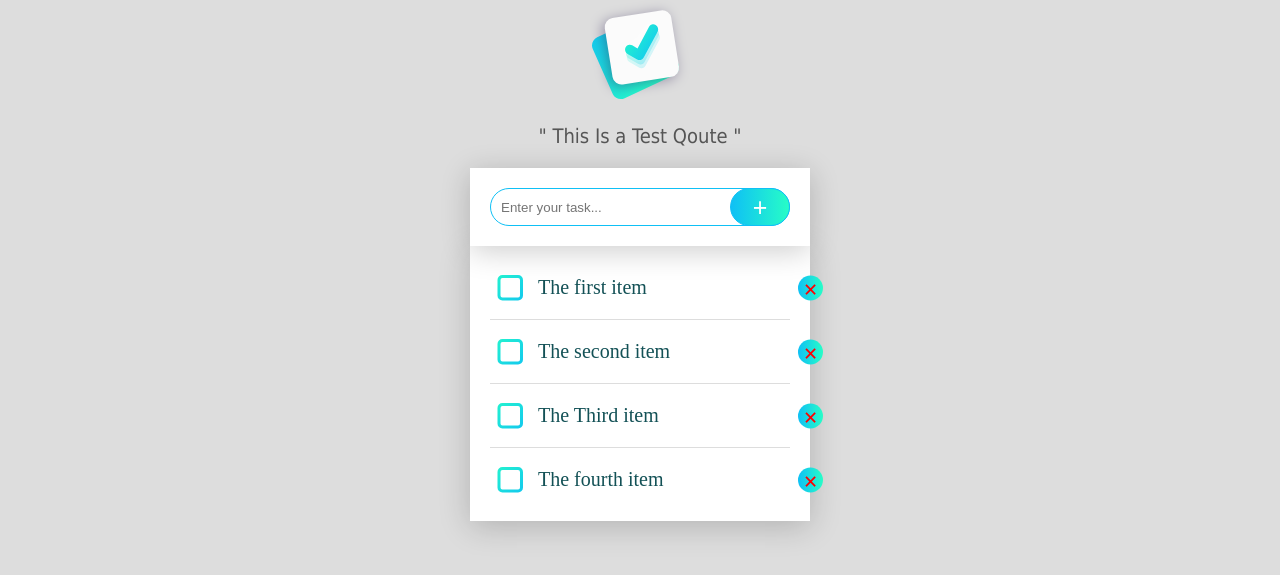
Repository: ahmedhamed15/React-Todo
Page: /
These files come from the project's save history. The page is drawn as it stood at one moment and after the next save; the edit follows.
The browser window is 1280 px wide. The pictures show the whole page.
The project was rebuilt for these pictures with package versions that can differ from the ones it lists, and the page was loaded fresh each time.

Above is the page before, as saved 2021-07-27 00:14:09.

### src/index.js
import React from 'react';
import ReactDOM from 'react-dom';
import './index.scss';
import App from './App';

ReactDOM.render(<App />,document.getElementById('root'));

### src/index.scss
html {
  background: #ddd;
  height: 100%;
  display: flex;
}
body {
  width: 100%;
  margin: auto;
  margin: 0;
  padding: 0;
}

### src/App.js
import MainLogo from "./components/MainLogo";
import Qoute from "./components/Qoute";
import TodoList from "./components/Todos/TodoList";

function App() {
  return (
    <section className="App">
      <MainLogo />
      <Qoute />
      <TodoList />
    </section>
  );
}

export default App;

### src/components/MainLogo/index.js
import "./style.scss"

const index = () => {
    return (
        <section className="main-logo">
            <svg width="100px" height="100px" viewBox="0 0 100 100" version="1.1" xmlns="http://www.w3.org/2000/svg" xmlnsXlink="http://www.w3.org/1999/xlink">
                <desc>Created with Sketch.</desc>
                <defs>
                <linearGradient x1="34.9523037%" y1="0%" x2="116.039609%" y2="115.484477%" id="linearGradient-1">
                    <stop stopColor="#27FDC7" offset="0%"></stop>
                    <stop stopColor="#0FC0F5" offset="100%"></stop>
                </linearGradient>
                <rect id="path-2" x="19.8783454" y="5.46149939" width="67.2578578" height="67.2008596" rx="8.99999976"></rect>
                <filter x="-35.7%" y="-28.3%" width="162.4%" height="162.5%" filterUnits="objectBoundingBox" id="filter-3">
                    <feOffset dx="-3" dy="2" in="SourceAlpha" result="shadowOffsetOuter1"></feOffset>
                    <feGaussianBlur stdDeviation="6.5" in="shadowOffsetOuter1" result="shadowBlurOuter1"></feGaussianBlur>
                    <feColorMatrix values="0 0 0 0 0.0296505968   0 0 0 0 0.0172602666   0 0 0 0 0.100446429  0 0 0 0.423177083 0" type="matrix" in="shadowBlurOuter1"></feColorMatrix>
                </filter>
                <linearGradient x1="0%" y1="0%" x2="115.291753%" y2="112.548614%" id="linearGradient-4">
                    <stop stopColor="#27FDC7" offset="0%"></stop>
                    <stop stopColor="#0FC0F5" offset="83.2001616%"></stop>
                    <stop stopColor="#27FDC7" offset="100%"></stop>
                </linearGradient>
                <path d="M40.2086259,6.21042694 C39.2480415,5.24152695 38.1027468,4.75708888 36.7727039,4.75708888 C35.4426658,4.75708888 34.3096854,5.24152695 33.3737297,6.21042694 L16.3049725,23.7622477 L12.0193093,19.3649757 C11.0833536,18.3960804 9.9503732,17.9116376 8.62033507,17.9116376 C7.29029269,17.9116376 6.14499751,18.3960804 5.1844131,19.3649757 C4.24845898,20.3338709 3.78048896,21.5077058 3.78048896,22.8865186 C3.78048896,24.2653314 4.24845898,25.4391663 5.1844131,26.4080615 L12.8690505,34.3082476 C13.8296349,35.2771428 14.9749296,35.7615833 16.3049725,35.7615833 C17.6350106,35.7615833 18.767991,35.2771428 19.7039467,34.3082476 L40.2086259,13.2535128 C41.1445816,12.2597758 41.61255,11.0797257 41.61255,9.71333379 C41.61255,8.34694665 41.1445816,7.17932216 40.2086259,6.21042694 Z" id="path-5"></path>
                <filter x="-51.5%" y="-62.9%" width="203.1%" height="225.8%" filterUnits="objectBoundingBox" id="filter-6">
                    <feOffset dx="0" dy="0" in="SourceAlpha" result="shadowOffsetOuter1"></feOffset>
                    <feGaussianBlur stdDeviation="6.5" in="shadowOffsetOuter1" result="shadowBlurOuter1"></feGaussianBlur>
                    <feColorMatrix values="0 0 0 0 1   0 0 0 0 1   0 0 0 0 1  0 0 0 0.588937953 0" type="matrix" in="shadowBlurOuter1"></feColorMatrix>
                </filter>
                </defs>
                <g id="Page-1" stroke="none" strokeWidth="1" fill="none" fillRule="evenodd">
                <g id="Artboard-2" transform="translate(-214.000000, -272.000000)">
                    <g id="Group-4" transform="translate(201.000000, 269.000000)">
                        <g id="Group-3" transform="translate(58.787474, 58.534712) rotate(-6.000000) translate(-58.787474, -58.534712) translate(5.642436, 5.434712)">
                            <g id="Group-2" transform="translate(52.899385, 53.035097) rotate(7.000000) translate(-52.899385, -53.035097) translate(5.609309, 5.785097)">
                            <path d="M20.0219734,15.1240886 L74.1829282,14.1930575 C79.1527566,14.1076258 83.2508546,18.0672116 83.3362864,23.03704 C83.3371726,23.0885978 83.3376158,23.1401624 83.3376158,23.1917278 L83.3376158,72.0429044 C83.3376158,76.9531616 79.4018358,80.9571794 74.4923039,81.0415747 L20.3313491,81.9726057 C15.3615207,82.0580374 11.2634227,78.0984516 11.1779909,73.1286232 C11.1771047,73.0770654 11.1766615,73.0255009 11.1766615,72.9739354 L11.1766615,24.1227589 C11.1766615,19.2125016 15.1124415,15.2084838 20.0219734,15.1240886 Z" id="Rectangle" fill="url(#linearGradient-1)" transform="translate(47.257139, 48.082832) scale(-1, -1) rotate(-25.000000) translate(-47.257139, -48.082832) "></path>
                            <g id="Rectangle" transform="translate(53.507274, 39.061929) rotate(-10.000000) translate(-53.507274, -39.061929) ">
                                <use fill="black" fillOpacity="1" filter="url(#filter-3)" xlinkHref="#path-2"></use>
                                <use fill="#FBFBFB" fillRule="evenodd" xlinkHref="#path-2"></use>
                            </g>
                            </g>
                        </g>
                        <g id="Group-5" transform="translate(43.000000, 26.000000)">
                            <path d="M41.1093892,10.5623533 C40.1488048,9.59345333 39.0035101,9.10901526 37.6734673,9.10901526 C36.3434291,9.10901526 35.2104488,9.59345333 34.274493,10.5623533 L17.2057358,28.1141741 L12.9200727,23.716902 C11.9841169,22.7480068 10.8511366,22.263564 9.52109843,22.263564 C8.19105605,22.263564 7.04576086,22.7480068 6.08517646,23.716902 C5.14922234,24.6857973 4.68125232,25.8596322 4.68125232,27.238445 C4.68125232,28.6172578 5.14922234,29.7910927 6.08517646,30.7599879 L13.7698139,38.660174 C14.7303983,39.6290692 15.875693,40.1135096 17.2057358,40.1135096 C18.535774,40.1135096 19.6687543,39.6290692 20.6047101,38.660174 L41.1093892,17.6054392 C42.045345,16.6117022 42.5133134,15.4316521 42.5133134,14.0652602 C42.5133134,12.698873 42.045345,11.5312485 41.1093892,10.5623533 Z" id="Page-1" fill="url(#linearGradient-4)" opacity="0.3" transform="translate(23.597283, 24.611262) rotate(-16.000000) translate(-23.597283, -24.611262) "></path>
                            <path d="M42.0101526,14.2623533 C41.0495682,13.2934533 39.9042735,12.8090153 38.5742306,12.8090153 C37.2441925,12.8090153 36.1112121,13.2934533 35.1752564,14.2623533 L18.1064992,31.8141741 L13.820836,27.416902 C12.8848803,26.4480068 11.7518999,25.963564 10.4218618,25.963564 C9.09181941,25.963564 7.94652422,26.4480068 6.98593982,27.416902 C6.78271177,27.6272827 6.60154798,27.8473258 6.4424483,28.0770317 C5.8688243,28.9052219 5.58201568,29.8590202 5.58201568,30.938445 C5.58201568,32.3172578 6.04998569,33.4910927 6.98593982,34.4599879 L14.6705772,42.360174 C15.6311616,43.3290692 16.7764563,43.8135096 18.1064992,43.8135096 C19.4365373,43.8135096 20.5695177,43.3290692 21.5054734,42.360174 L42.0101526,21.3054392 C42.9461083,20.3117022 43.4140767,19.1316521 43.4140767,17.7652602 C43.4140767,16.398873 42.9461083,15.2312485 42.0101526,14.2623533 Z" id="Page-1" fill="url(#linearGradient-4)" opacity="0.2" transform="translate(24.498046, 28.311262) rotate(-16.000000) translate(-24.498046, -28.311262) "></path>
                            <g id="Page-1" transform="translate(22.696519, 20.259336) rotate(-16.000000) translate(-22.696519, -20.259336) ">
                            <use fill="black" fillOpacity="1" filter="url(#filter-6)" xlinkHref="#path-5"></use>
                            <use fill="url(#linearGradient-4)" fillRule="evenodd" xlinkHref="#path-5"></use>
                            </g>
                        </g>
                    </g>
                </g>
                </g>
            </svg>
        </section>
    )
}

export default index

### src/components/Qoute/index.js
import "./style.scss"

const index = () => {
    return (
        <section className="qoute">
            <blockquote> This Is a Test Qoute </blockquote>
        </section>
    )
}

export default index

### src/components/Todos/TodoList/index.js
import React, {useState} from 'react';
import TodoItem from "../TodoItem";
import TodoFrom from "../TodoForm";
import "./style.scss"

const Index = () => {

    // Main State
    const [state, setState] = useState({
        tasks: [
            {id: 1, title: 'The first item', active: true},
            {id: 2, title: 'The second item', active: true},
            {id: 3, title: 'The Third item', active: true},
            {id: 4, title: 'The fourth item', active: true}
        ]
    });

    // Add A New Item
    const addNewItem = (title) => {
        let newItems = {
                id: 5,
                title,
                active: true
            };
        setState({
            tasks: [...state.tasks, newItems]
        });
    }

    return (
        <section className="todos-list">

            {/* General SVG code for checkbox */}
            <svg viewBox="0 0 0 0" style={ {position: 'absolute', zIndex: '-1', opacity: '0'} }>
                <defs>
                <linearGradient id="boxGradient" gradientUnits="userSpaceOnUse" x1="0" y1="0" x2="25" y2="25">
                    <stop offset="0%"   stopColor="#27FDC7"/>
                    <stop offset="100%" stopColor="#0FC0F5"/>
                </linearGradient>

                <linearGradient id="lineGradient">
                    <stop offset="0%"    stopColor="#0FC0F5"/>
                    <stop offset="100%"  stopColor="#27FDC7"/>
                </linearGradient>

                <path id="todo__line" stroke="url(#lineGradient)" d="M21 12.3h168v0.1z"></path>
                <path id="todo__box" stroke="url(#boxGradient)" d="M21 12.7v5c0 1.3-1 2.3-2.3 2.3H8.3C7 20 6 19 6 17.7V7.3C6 6 7 5 8.3 5h10.4C20 5 21 6 21 7.3v5.4"></path>
                <path id="todo__check" stroke="url(#boxGradient)" d="M10 13l2 2 5-5"></path>
                <circle id="todo__circle" cx="13.5" cy="12.5" r="10"></circle>
                </defs>
            </svg>


            {/* Todo From */}
            <TodoFrom addNewItem={addNewItem} />

            {/* Todos List */}
            <div className="todo-list">
                { state.tasks ? state.tasks.map( (item) => <TodoItem key={item.id} task={item} /> ) : (<div> There are no items, yet! </div>) }
            </div>

        </section>
    )
}

export default Index

### src/components/MainLogo/style.scss
.main-logo {
    text-align: center;
}

### src/components/Qoute/style.scss
.qoute {
    text-align: center;
    blockquote {
        font: {
            size: 20px;
            family: 'tahoma', arial;
            weight: 500;
        }
        color: #555;
        &::after,
        &::before {
            content: ' " ';
        }
    }
}

### src/components/Todos/TodoItem/index.js
import "./style.scss"

const index = (props) => {
    const { task } = props;
    return (
        <section className="todo-item">
            <label className="todo">
                <input className="todo__state" type="checkbox" />

                <svg xmlns="http://www.w3.org/2000/svg" xmlnsXlink="http://www.w3.org/1999/xlink" viewBox="0 0 200 25" className="todo__icon">
                    <use xlinkHref="#todo__line" className="todo__line"></use>
                    <use xlinkHref="#todo__box" className="todo__box"></use>
                    <use xlinkHref="#todo__check" className="todo__check"></use>
                    <use xlinkHref="#todo__circle" className="todo__circle"></use>
                </svg>

                <div className="todo__text"> {task.title} </div>


            </label>
            <span className="todo__delete-btn"> &times; </span>
        </section>
    )
}

export default index

### src/components/Todos/TodoForm/index.js
import "./style.scss";

const index = ({ addNewItem }) => {

    // Submit Handle
    const submitHandle = (e) => {
        e.preventDefault();
        addNewItem(e.target.title.value.trim());
    }

    return (
        <form className="todo-form" onSubmit={submitHandle}>
            <input type="text" className="todo-form__input-type" name="title" placeholder="Enter your task..." />
            <button type="submit" className="todo-form__button-type"> + </button>
        </form>
    )
}

export default index

### src/components/Todos/TodoList/style.scss
.todo-list {
    background: #FFF;
    font-size: 20px;
    max-width: 15em;
    margin: auto;
    padding: 0.5em 1em;
    box-shadow: 0 5px 30px rgba(0, 0, 0, 0.2);
}

### src/components/Todos/TodoItem/style.scss
  .todo {
    display: block;
    position: relative;
    padding: 1em 1em 1em 16%;
    margin: 0 auto;
    cursor: pointer;
  }
  .todo:last-child {
    border-bottom: none;
  }
  .todo__state {
    position: absolute;
    top: 0;
    left: 0;
    opacity: 0;
  }
  .todo__text {
    color: #135156;
    transition: all 0.4s linear 0.4s;
    padding-right: 20px;
  }
  .todo__icon {
    position: absolute;
    top: 0;
    bottom: 0;
    left: 0;
    width: 100%;
    height: auto;
    margin: auto;
    fill: none;
    stroke: #27FDC7;
    stroke-width: 2;
    stroke-linejoin: round;
    stroke-linecap: round;
  }
  .todo__line,
  .todo__box,
  .todo__check {
    transition: stroke-dashoffset 0.8s cubic-bezier(0.9, 0, 0.5, 1);
  }
  .todo__circle {
    stroke: #27FDC7;
    stroke-dasharray: 1 6;
    stroke-width: 0;
    transform-origin: 13.5px 12.5px;
    transform: scale(0.4) rotate(0deg);
    -webkit-animation: none 0.8s linear;
            animation: none 0.8s linear;
  }
  @-webkit-keyframes explode {
    30% {
      stroke-width: 3;
      stroke-opacity: 1;
      transform: scale(0.8) rotate(40deg);
    }
    100% {
      stroke-width: 0;
      stroke-opacity: 0;
      transform: scale(1.1) rotate(60deg);
    }
  }
  @keyframes explode {
    30% {
      stroke-width: 3;
      stroke-opacity: 1;
      transform: scale(0.8) rotate(40deg);
    }
    100% {
      stroke-width: 0;
      stroke-opacity: 0;
      transform: scale(1.1) rotate(60deg);
    }
  }
  .todo__box {
    stroke-dasharray: 56.1053, 56.1053;
    stroke-dashoffset: 0;
    transition-delay: 0.16s;
  }
  .todo__check {
    stroke: #27FDC7;
    stroke-dasharray: 9.8995, 9.8995;
    stroke-dashoffset: 9.8995;
    transition-duration: 0.32s;
  }
  .todo__line {
    stroke-dasharray: 168, 1684;
    stroke-dashoffset: 168;
  }
  .todo__circle {
    -webkit-animation-delay: 0.56s;
            animation-delay: 0.56s;
    -webkit-animation-duration: 0.56s;
            animation-duration: 0.56s;
  }
  .todo__state:checked ~ .todo__text {
    transition-delay: 0s;
    color: #5EBEC1;
    opacity: 0.6;
  }
  .todo__state:checked ~ .todo__icon .todo__box {
    stroke-dashoffset: 56.1053;
    transition-delay: 0s;
  }
  .todo__state:checked ~ .todo__icon .todo__line {
    stroke-dashoffset: -8;
  }
  .todo__state:checked ~ .todo__icon .todo__check {
    stroke-dashoffset: 0;
    transition-delay: 0.48s;
  }
  .todo__state:checked ~ .todo__icon .todo__circle {
    -webkit-animation-name: explode;
            animation-name: explode;
  }
  .todo-item {
    position: relative;
    &:not(:last-child) {
      .todo {
        border-bottom: solid 1px #ddd;
      }
    }
  }
  .todo__delete-btn {
    color: red;
    font: {
      size: 25px;
      weight: bold
    };
    position: absolute;
    top: 50%;
    right: -33px;
    transform: translateY(-50%);
    background-image: linear-gradient(to right, #0FC0F5, #27FDC7);
    width: 25px;
    height: 25px;
    text-align: center;
    border-radius: 50%;
    cursor: pointer;
  }

### src/components/Todos/TodoForm/style.scss
.todo-form {
    background: #FFF;
    font-size: 20px;
    max-width: 15em;
    margin: auto;
    padding: 1em;
    box-shadow: 0 5px 30px rgba(0, 0, 0, 0.2);
    display: flex;
    position: relative;
    .todo-form__input-type,
    .todo-form__button-type {
        height: 30px;
        border: 1px solid #0FC0F5;
    }
    .todo-form__input-type {
        width: 100%;
        padding: 3px 10px;
        border-radius: 30px;
        &:focus {
            outline: 0;
        }
    }
    .todo-form__button-type {
        border-radius: 30px;
        width: 60px;
        height: 38px;
        background: none;
        color: #FFF;
        cursor: pointer;
        position: absolute;
        right: 0.8em;
        background-image: linear-gradient(to right, #0FC0F5, #27FDC7);
        border: 1px solid #0FC0F5;
        top: 50%;
        transform: translateY(-50%);
        font: {
            size: 25px;
        }
    }
}

Loaded but not shown: public/index.html (common file)

After the next save:
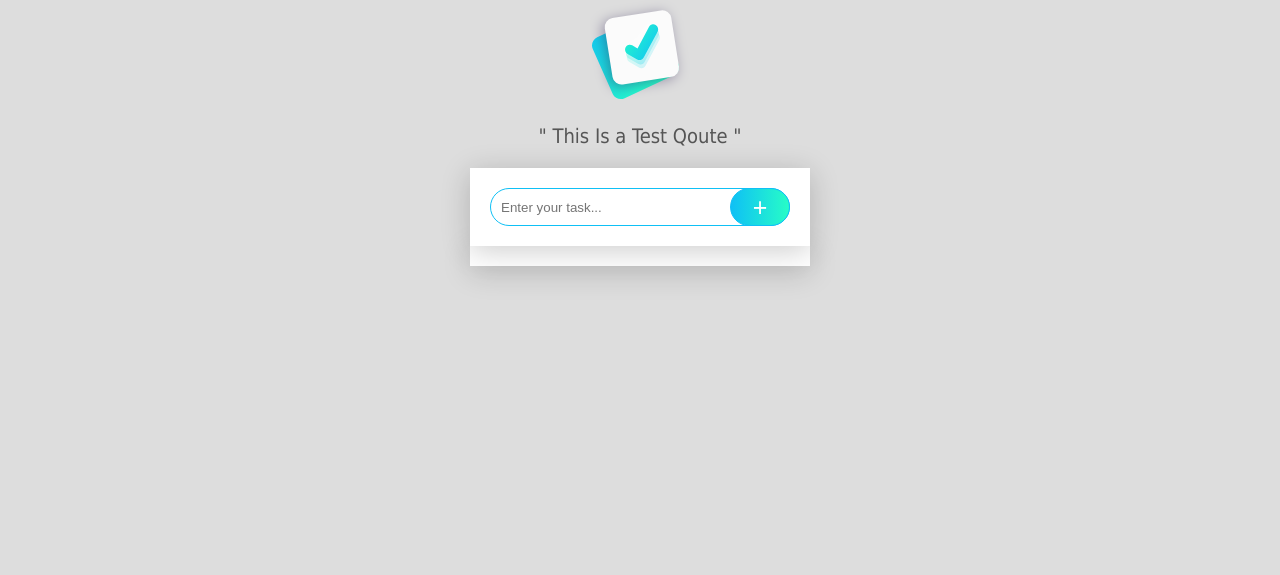
Saved 12 s later.
--- a/src/components/Todos/TodoList/index.js
+++ b/src/components/Todos/TodoList/index.js
@@ -8,10 +8,7 @@ const Index = () => {
     // Main State
     const [state, setState] = useState({
         tasks: [
-            {id: 1, title: 'The first item', active: true},
-            {id: 2, title: 'The second item', active: true},
-            {id: 3, title: 'The Third item', active: true},
-            {id: 4, title: 'The fourth item', active: true}
+
         ]
     });
 
